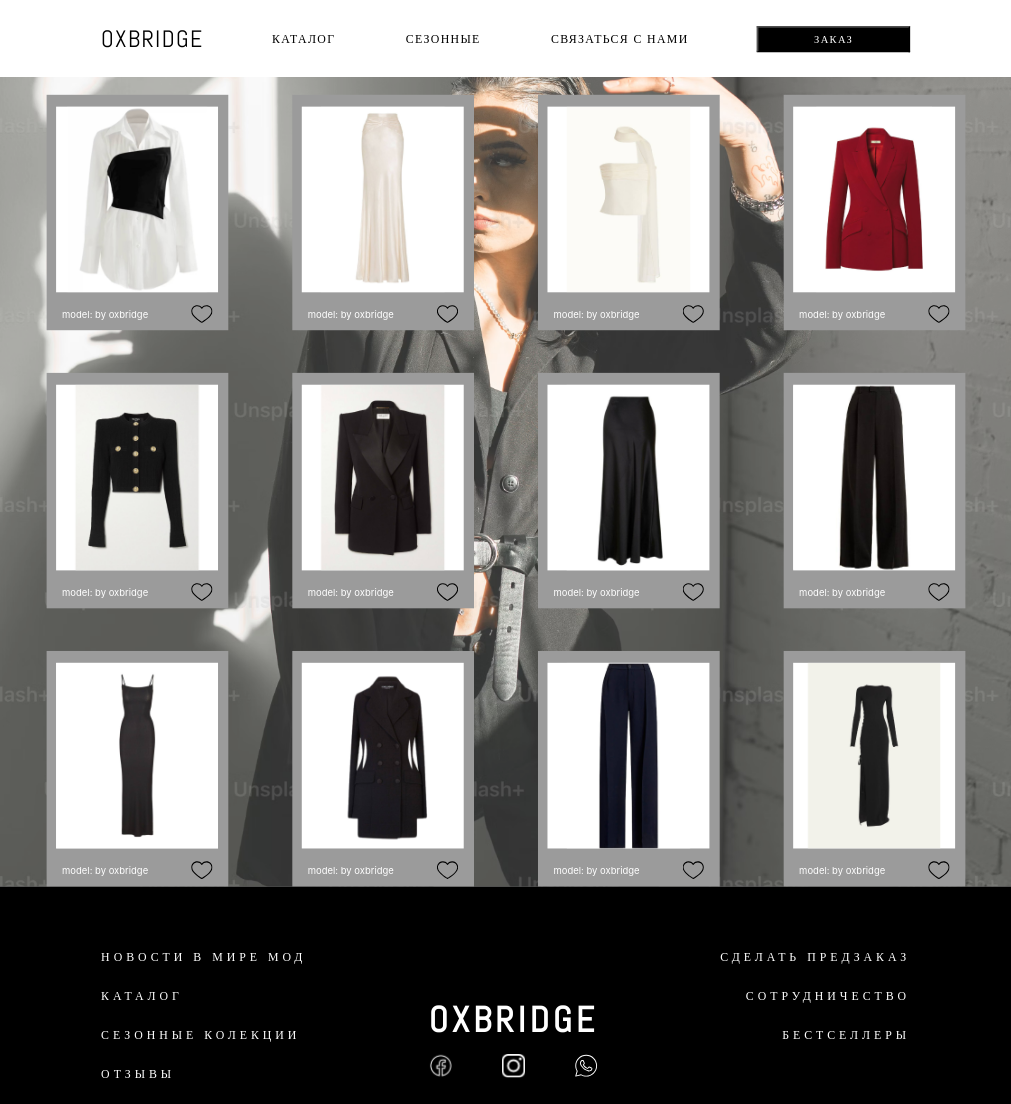
Repository: marjango/oxbridge
Page: /Catalog
The author's editor kept a copy of each file at every save. The page is drawn from the files as they stood at one save, then again after the next save.
The browser window is 1280 px wide. The pictures show the whole page, at 79% of full size.
Some web fonts or font styles are not loaded; a fallback is used. The project was rebuilt for these pictures with package versions that can differ from the ones it lists, and the page was loaded fresh each time. Also part of the build but not shown: src/components/pages/Homepage/homepage.css, src/components/pages/Homepage/homepage.jsx, src/components/pages/Seasonal/style.module.css, src/components/pages/Seasonal/Seasonal.jsx, src/components/pages/Feedback/style.module.css, src/components/pages/Feedback/Feedback.jsx, src/components/pages/Catalog/ProductPage.module.css, src/components/pages/Catalog/ProductPage.jsx.

Above is the page before, as saved 2025-01-24 13:38:32.

### src/index.js
import React from 'react';
import ReactDOM from 'react-dom/client';
import {BrowserRouter} from 'react-router-dom'
import App from './App'; // Главный компонент приложения

const root = ReactDOM.createRoot(document.getElementById('root')); // Связываем React с корневым элементом в HTML
root.render(
  <BrowserRouter>
  <App />
  </BrowserRouter>


);

### src/components/Header.jsx
import React from 'react'
import  './style.css'
import { useState } from 'react';
import {Link} from 'react-router-dom'

export default function Header() {
    const [isMenuOpen, setIsMenuOpen] = useState(false);

    const toggleMenu = () => {
        setIsMenuOpen((prevState) => !prevState);
    };
  return (
    <div>
        <header>
            <nav className='navbar'>
                <div className="container">
                <div className="burger">
                    <div className={`btnBurger ${isMenuOpen ? "open" : ""}`} onClick={toggleMenu}>
                        <span></span>
                        <span></span>
                        <span></span>
                    </div>
                    <div className={`burgerContent ${isMenuOpen ? "open" : ""}`}>
                        <ul>
                            <li>новости в мире мод</li>
                            <li>каталог</li>
                            <li>сезонные колекции</li>
                            <li>отзывы</li>
                            <li>СВЯЗАТЬСЯ С НАМИ</li>
                            <li>СЕЗОННЫЕ</li>
                        </ul>
                    </div>
                </div>

                <Link to='/' className='logo'>OXBRIDGE</Link>
                <ul>
                    <Link className='links' to='/Catalog'>КАТАЛОГ</Link>
                    <Link className='links' to='/Seasonal'>СЕЗОННЫЕ</Link>
                    <Link className='links' to='/Feedback'>СВЯЗАТЬСЯ С НАМИ</Link>
                </ul>
                <button className="navBtn">ЗАКАЗ</button>
                </div>
            </nav>

        </header>
    </div>
  )
}

### src/components/Footer.jsx
import React from 'react'
import './style.css'
import facebook from './img/Facebook.svg'
import inst from './img/Instagram.svg'
import whats from './img/WhatsApp.svg'

export default function Footer() {
  return (
    <footer>
        <div className="footerBox container">
            <div className="links">
                <p>новости в мире мод</p>
                <p>каталог</p>
                <p>сезонные колекции</p>
                <p>отзывы</p>
            </div>
            <div className="socialMedia">
                <h1>OXBRIDGE</h1>
                <div>
                <button><img src={facebook} alt="whatsapp" /></button>
                <button><img src={inst} alt="instagram" /></button>
                <button><img src={whats} alt="facebook" /></button>
                </div>
            </div>
            <div className="links links2">
                <p>сделать предзаказ</p>
                <p>сотрудничество</p>
                <p>бестселлеры</p>
            </div>
        </div>
    </footer>
  )
}

### src/components/Routes.jsx
import React from 'react'
import { Routes, Route, Navigate} from 'react-router-dom'
import Homepage from './pages/Homepage/homepage'
import Catalog from './pages/Catalog/catalog'
import Seasonal from './pages/Seasonal/Seasonal'
import Feedback from './pages/Feedback/Feedback'
import ProductPage from './pages/Catalog/ProductPage';
export default function Routers() {
  return (
        <Routes>
            <Route element={<Navigate to="/home" replace />}/>
            <Route path='/' element={<Homepage/>} />
            <Route path='/Catalog' element={<Catalog/>} />
            <Route path='/Feedback' element={<Feedback/>} />
            <Route path='/Seasonal' element={<Seasonal/>} />
            <Route path="/product/:id" element={<ProductPage />} />
            {/* <Route path='/Order' element={<Order/>} /> */}
        </Routes>
)
}

### src/components/style.css
@charset "UTF-8";
html, body {
  overflow-x: hidden;
  width: 100%;
}

* {
  font-family: "montserrat";
  font-weight: 400;
  margin: 0;
  padding: 0;
  box-sizing: border-box;
}

.container {
  width: 80%;
}

.burger {
  display: none;
}

@media (max-width: 1024px) {
  .burger {
    display: block;
  }
}
.btnBurger {
  z-index: 100;
  display: none;
  width: 50px;
  height: 50px;
  background-color: black;
  position: relative;
}
.btnBurger span {
  height: 2px;
  width: 40px;
  position: absolute;
  background-color: white;
  transition: 0.4s;
}
.btnBurger span:nth-child(3) {
  bottom: 7px;
}
.btnBurger span:nth-child(2) {
  top: 7px;
}
.btnBurger span:nth-child(1) {
  top: 50%;
  transform: translate(0, -50%);
  right: 0;
}

.burgerContent {
  position: fixed;
  top: 0;
  left: 0;
  width: 100%;
  border-top: 1px solid white;
  height: 100%;
  background-color: black;
  transform: translateY(100%);
  transition: transform 1s ease;
  display: flex;
  justify-content: center;
  align-items: center;
}
.burgerContent ul {
  list-style: none;
  padding: 0;
  text-align: center;
}
.burgerContent ul li {
  margin: 10px 0;
  font-size: 1.5rem;
  cursor: pointer;
}

.burgerContent.open {
  transform: translateY(0);
}

.btnBurger.open span:nth-child(1) {
  transform: rotate(45deg) translate(0px, 8px);
}

.btnBurger.open span:nth-child(2) {
  opacity: 0;
}

.btnBurger.open span:nth-child(3) {
  transform: rotate(-45deg) translate(9px, -5px);
}

@media (max-width: 1024px) {
  .container {
    width: 90%;
  }
  .btnBurger {
    display: block;
  }
}
#loading-screen {
  position: fixed;
  z-index: 1000;
  left: 0;
  top: 0;
  width: 100vw;
  height: 100vh;
  border-bottom: 1px white solid;
  display: flex;
  justify-content: center;
  align-items: center;
  background-color: rgb(0, 0, 0);
  animation: slideUp 1s ease-in-out 1.3s forwards; /* Анимация уходит вверх */
}

#loading-screen h1 {
  color: white;
  font-family: "Abel", sans-serif;
  font-size: 70px;
  letter-spacing: 10px;
  font-weight: 900;
}

@keyframes slideUp {
  0% {
    transform: translateY(0);
  }
  100% {
    transform: translateY(-100%);
  }
}
@keyframes fadeOut {
  0% {
    opacity: 1;
  }
  100% {
    opacity: 0;
  }
}
@keyframes fadeIn {
  0% {
    opacity: 0;
  }
  100% {
    opacity: 1;
    visibility: visible;
  }
}
header .navbar {
  position: fixed;
  width: 100%;
  background-color: white;
  top: 0;
  padding: 30px 0px;
  z-index: 100;
}
header .navbar .container {
  display: flex;
  justify-content: space-between;
  align-items: center;
  letter-spacing: 1.67px;
  margin: 0 auto;
}
header .navbar .container .logo {
  font-family: "abel";
  font-weight: 400;
  font-size: 30px;
  letter-spacing: 1.67px;
  text-decoration: none;
  color: black;
}
header .navbar .container ul {
  display: flex;
  list-style: none;
  gap: 89px;
  font-size: 15px;
  height: -moz-fit-content;
  height: fit-content;
  letter-spacing: 1.67px;
}
header .navbar .container ul .links {
  text-decoration: none;
  color: black;
  cursor: pointer;
}
@media (max-width: 1024px) {
  header .navbar .container ul {
    display: none;
  }
}
header .navbar .container button {
  background-color: black;
  color: white;
  padding: 6px 70px;
  cursor: pointer;
  letter-spacing: 1.67px;
}

footer {
  width: 100%;
  background-color: black;
  padding: 30px 0;
}
footer .footerBox {
  display: flex;
  margin: 0px auto;
  padding-top: 50px;
  justify-content: space-between;
}
footer .footerBox .links {
  text-transform: uppercase;
  color: white;
  letter-spacing: 5px;
  display: flex;
  flex-direction: column;
  gap: 30px;
  font-size: 15px;
}
footer .footerBox .socialMedia {
  margin-top: 60px;
}
footer .footerBox .socialMedia h1 {
  font-family: "abel";
  font-weight: 900;
  color: white;
  font-size: 45px;
  letter-spacing: 5px;
}
footer .footerBox .socialMedia div {
  display: flex;
  justify-content: space-between;
  margin-top: 15px;
}
footer .footerBox .socialMedia div button {
  background-color: transparent;
  border: none;
}
footer .footerBox .socialMedia div button img {
  width: 30px;
  height: 30px;
}
footer .footerBox .links2 {
  text-align: right;
}

@media (max-width: 768px) {
  footer .footerBox {
    flex-direction: column;
    position: relative;
    align-items: center;
    text-align: center;
    padding-top: 250px;
    gap: 30px;
  }
  footer .footerBox .socialMedia {
    position: absolute;
    top: 30px;
    left: 50%;
    transform: translate(-50%, -50%);
  }
  footer .footerBox .socialMedia h1 {
    font-size: 75px;
    font-weight: 400;
  }
  footer .footerBox .socialMedia div button {
    width: 50px;
    height: 50px;
  }
  footer .footerBox .socialMedia div button img {
    width: 50px;
    height: 50px;
  }
  footer .footerBox .links {
    text-align: center;
  }
}/*# sourceMappingURL=style_20250114202749.css.map */

### src/components/pages/Catalog/catalog.jsx
import s from './catalog.module.css';
import React from 'react';
import { useNavigate } from 'react-router-dom';
import products from './products';

const Catalog = () => {
  const navigate = useNavigate();

  const handleCardClick = (id) => {
    navigate(`/product/${id}`);
  };

  return (
    <section className={s.catalog}>
      <div className={s.catalogContainer}>
        {products.map((product) => (
          <article className={s.card} key={product.id} onClick={() => handleCardClick(product.id)}>
            <div className={s.cardImg}>
              <img src={product.image} alt={`${product.name}`} />
            </div>
            <div className={s.cardFooter}>
              <h1>{product.name}</h1>
              <span className={s.heartIcon}></span>
            </div>
          </article>
        ))}
      </div>
    </section>
  );
};

export default Catalog;

### src/components/pages/Catalog/catalog.module.css
.catalog {
  width: 100%;
  min-height: 100vh;
  margin: 0 auto;
  position: relative;
  padding-top: 120px;
}
.catalog .catalogContainer {
  position: relative;
  z-index: 2;
  width: -moz-fit-content;
  width: fit-content;
  display: grid;
  grid-template-columns: repeat(4, 1fr);
  -moz-column-gap: 81px;
       column-gap: 81px;
  row-gap: 54px;
  margin: 0 auto;
}
.catalog .catalogContainer .card {
  width: 230px;
  height: auto;
  display: flex;
  flex-direction: column;
  align-items: center;
  gap: 14px;
  background-color: #9B9B9B;
  transition: transform 0.2s ease, box-shadow 0.2s ease;
  padding: 15px 0 7px 0;
}
.catalog .catalogContainer .card .cardImg {
  width: 205px;
  height: 235px;
  overflow: hidden;
  background-color: white;
}
.catalog .catalogContainer .card .cardImg img {
  -o-object-fit: cover;
     object-fit: cover;
  -o-object-position: center;
     object-position: center;
  width: 100%;
  height: 100%;
}
.catalog .catalogContainer .card .cardFooter {
  display: flex;
  justify-content: space-between;
  align-items: center;
  width: 190px;
}
.catalog .catalogContainer .card h1 {
  font-family: "Inter";
  font-size: 12px;
  text-transform: lowercase;
  color: white;
}
.catalog .catalogContainer .card .heartIcon {
  width: 27px;
  height: 27px;
  background-image: url(./img/heart.svg);
  background-size: contain;
  background-repeat: no-repeat;
  background-color: transparent;
}
.catalog .catalogContainer .card .heartIcon:hover {
  transform: scale(1.3);
}
.catalog .catalogContainer .card:hover {
  transform: scale(1.05);
  box-shadow: 0 4px 10px rgba(0, 0, 0, 0.2);
}

.catalog::before {
  content: "";
  position: absolute;
  top: 0;
  left: 0;
  width: 100%;
  height: 100%;
  background: url(./img/wall.avif) no-repeat center;
  background-size: cover;
  z-index: 1;
  opacity: 0.8;
}/*# sourceMappingURL=catalog.module_20250124133832.css.map */

### src/components/pages/Catalog/products.js
import img1 from './img/1.png'
import img2 from './img/2.png'
import img3 from './img/3.png'
import img4 from './img/4.png'
import img5 from './img/5.png'
import img6 from './img/6.png'
import img7 from './img/7.png'
import img8 from './img/8.png'
import img9 from './img/9.png'
import img10 from './img/10.png'
import img11 from './img/11.png'
import img12 from './img/12.png'

const products = [
  {
    id: 1,
    price: 30000,
    name: "model: by oxbridge",
    image: img1,
    material: "креп",
  },
  {
    id: 2,
    price: 30000,
    name: "model: by oxbridge",
    image: img2,
    material: "шелк",
  },
  {
    id: 3,
    price: 30000,
    name: "model: by oxbridge",
    image: img3,
    material: "креп",
  },
  {
    id: 4,
    price: 30000,
    name: "model: by oxbridge",
    image: img4,
    material: "креп",
  },
  {
    id: 5,
    price: 30000,
    name: "model: by oxbridge",
    image: img5,
    material: "креп",
  },
  {
    id: 6,
    price: 30000,
    name: "model: by oxbridge",
    image: img6,
    material: "креп",
  },
  {
    id: 7,
    price: 30000,
    name: "model: by oxbridge",
    image: img7,
    material: "креп",
  },
  {
    id: 8,
    price: 30000,
    name: "model: by oxbridge",
    image: img8,
    material: "креп",
  },
  {
    id: 9,
    price: 30000,
    name: "model: by oxbridge",
    image: img9,
    material: "креп",
  },
  {
    id: 10,
    price: 30000,
    name: "model: by oxbridge",
    image: img10,
    material: "креп",
  },
  {
    id: 11,
    price: 30000,
    name: "model: by oxbridge",
    image: img11,
    material: "креп",
  },
  {
    id: 12,
    price: 30000,
    name: "model: by oxbridge",
    image: img12,
    material: "креп",
  }
  ];

  export default products;

Loaded but not shown: public/index.html (common file); src/App.js (common file)

After the next save:
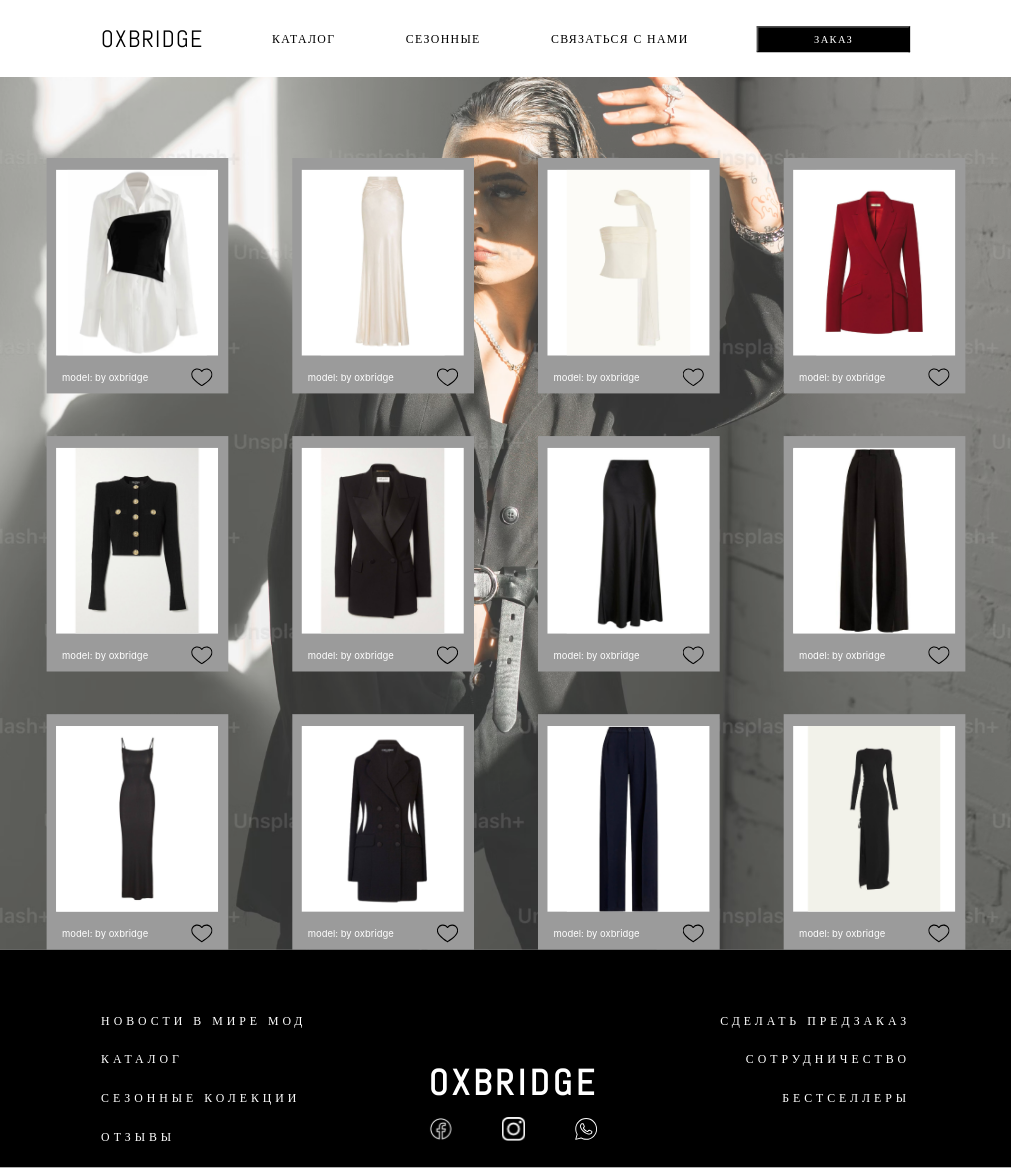
Saved 22 s later.
--- a/src/components/pages/Catalog/catalog.module.css
+++ b/src/components/pages/Catalog/catalog.module.css
@@ -3,7 +3,7 @@
   min-height: 100vh;
   margin: 0 auto;
   position: relative;
-  padding-top: 120px;
+  padding-top: 200px;
 }
 .catalog .catalogContainer {
   position: relative;
@@ -81,4 +81,4 @@
   background-size: cover;
   z-index: 1;
   opacity: 0.8;
-}/*# sourceMappingURL=catalog.module_20250124133832.css.map */
+}/*# sourceMappingURL=catalog.module_20250124133854.css.map */

After the save that followed:
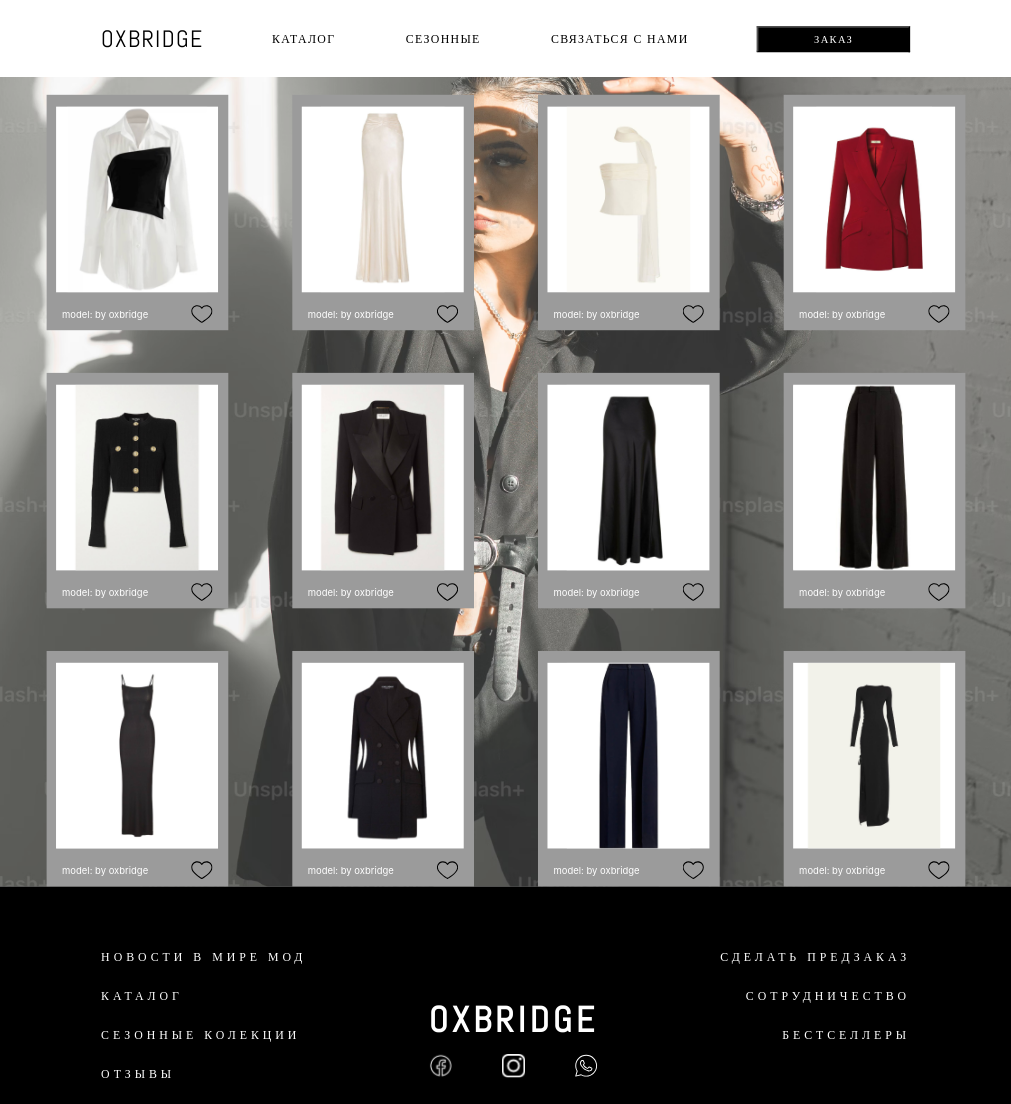
Saved 5 s later.
--- a/src/components/pages/Catalog/catalog.module.css
+++ b/src/components/pages/Catalog/catalog.module.css
@@ -3,7 +3,7 @@
   min-height: 100vh;
   margin: 0 auto;
   position: relative;
-  padding-top: 200px;
+  padding-top: 120px;
 }
 .catalog .catalogContainer {
   position: relative;
@@ -81,4 +81,4 @@
   background-size: cover;
   z-index: 1;
   opacity: 0.8;
-}/*# sourceMappingURL=catalog.module_20250124133854.css.map */
+}/*# sourceMappingURL=catalog.module_20250124133859.css.map */
